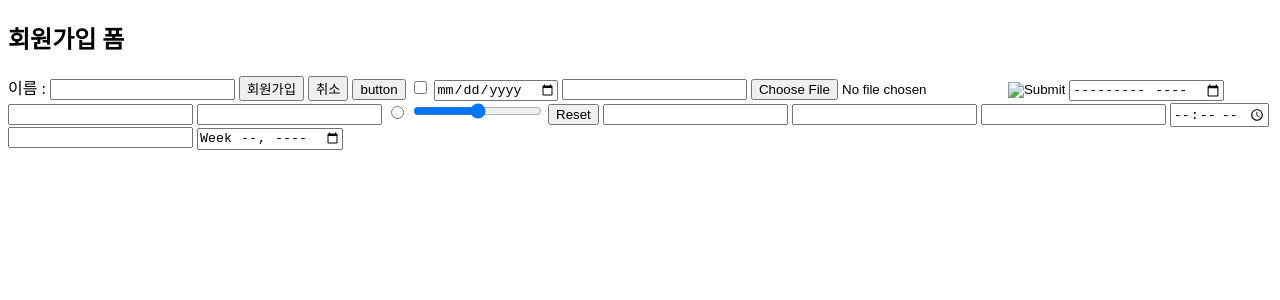
Repository: ssleap/multicampusIoT
Page: workspace190520/edu1/WebContent/member.html
An editor plug-in stored every save of this project. The page is shown before and after the next save, followed by the edit.
The browser window is 1280 px wide. The pictures show the whole page.

Above is the page before, as saved 2019-05-22 02:43:33.

### workspace190520/edu1/WebContent/member.html
<!DOCTYPE html>
<html>
<head>
<meta charset="UTF-8">
<meta name = "viewport" content ="width=device-width, initial-scale=1">
<title>회원가입 폼</title>
</head>
<body>

	<h2>회원가입 폼</h2>

	<form action="" method = "post">

		이름 : <input type = "text" name = "" value = "">
		<input type = "submit" value = "회원가입">
		<input type = "reset" value = "취소">
		<input type = "button" value = "button">
		<input type = "checkbox">
		<input type = "date">
		<input type = "email">
		<input type = "file">
		<input type = "hidden">
		<input type = "image">
		<input type = "month">
		<input type = "number">
		<input type = "password">
		<input type = "radio">
		<input type = "range">
		<input type = "reset">
		<input type = "search">
		<input type = "tel">
		<input type = "text">
		<input type = "time">
		<input type = "url">
		<input type = "week">

	</form>

</body>
</html>

After the next save:
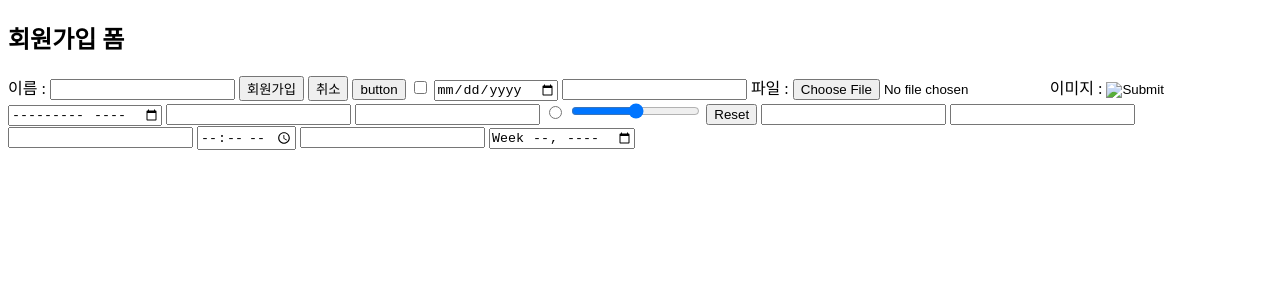
Saved 13 s later.
--- a/workspace190520/edu1/WebContent/member.html
+++ b/workspace190520/edu1/WebContent/member.html
@@ -18,9 +18,9 @@
 		<input type = "checkbox">
 		<input type = "date">
 		<input type = "email">
-		<input type = "file">
+		파일 : <input type = "file">
 		<input type = "hidden">
-		<input type = "image">
+		이미지 : <input type = "image">
 		<input type = "month">
 		<input type = "number">
 		<input type = "password">
